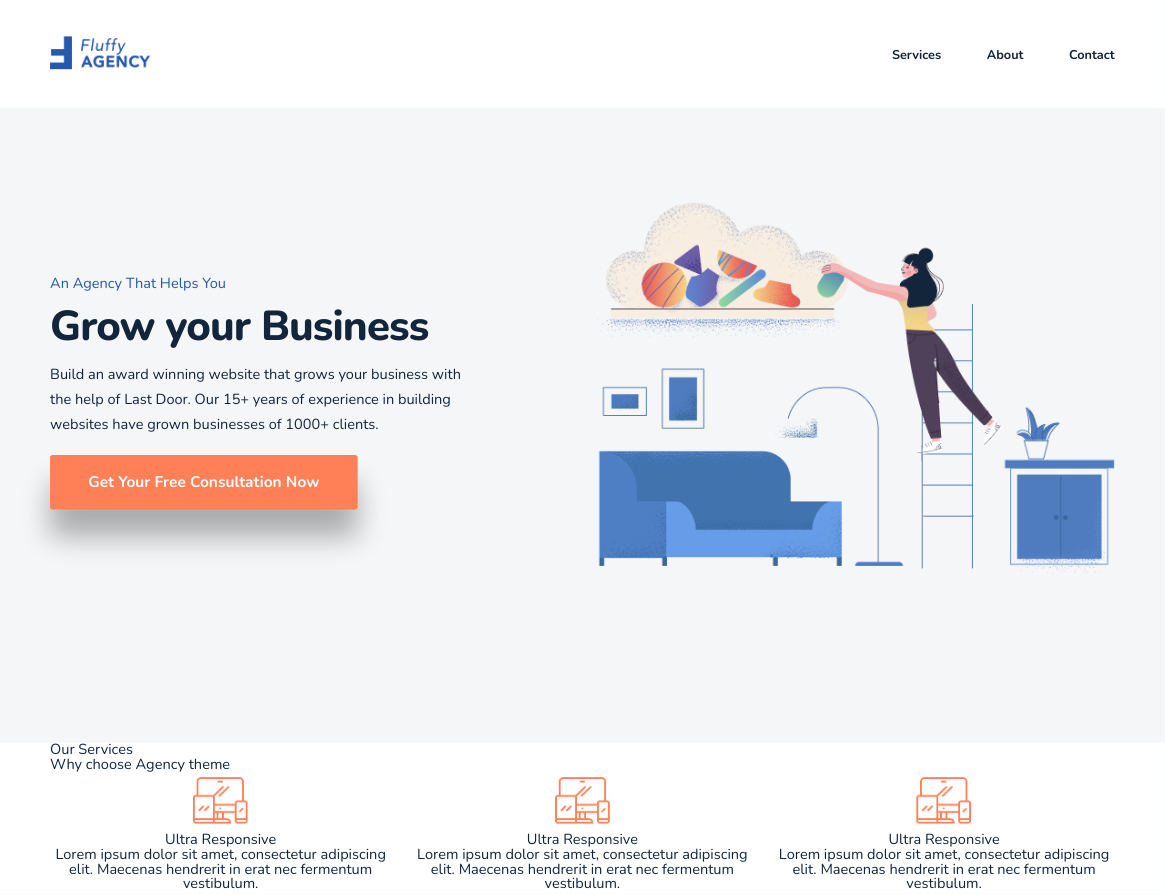
Repository: pixendrit/beetroot-fe-g1
Page: classwork/11 - Creating forms/fluffy-agency/index.html
The author's editor kept a copy of each file at every save. The page is drawn from the files as they stood at one save, then again after the next save.
The browser window is 1280 px wide. The pictures show the whole page, at 91% of full size.

Above is the page before, as saved 2021-02-06 12:16:44.

After the next save:
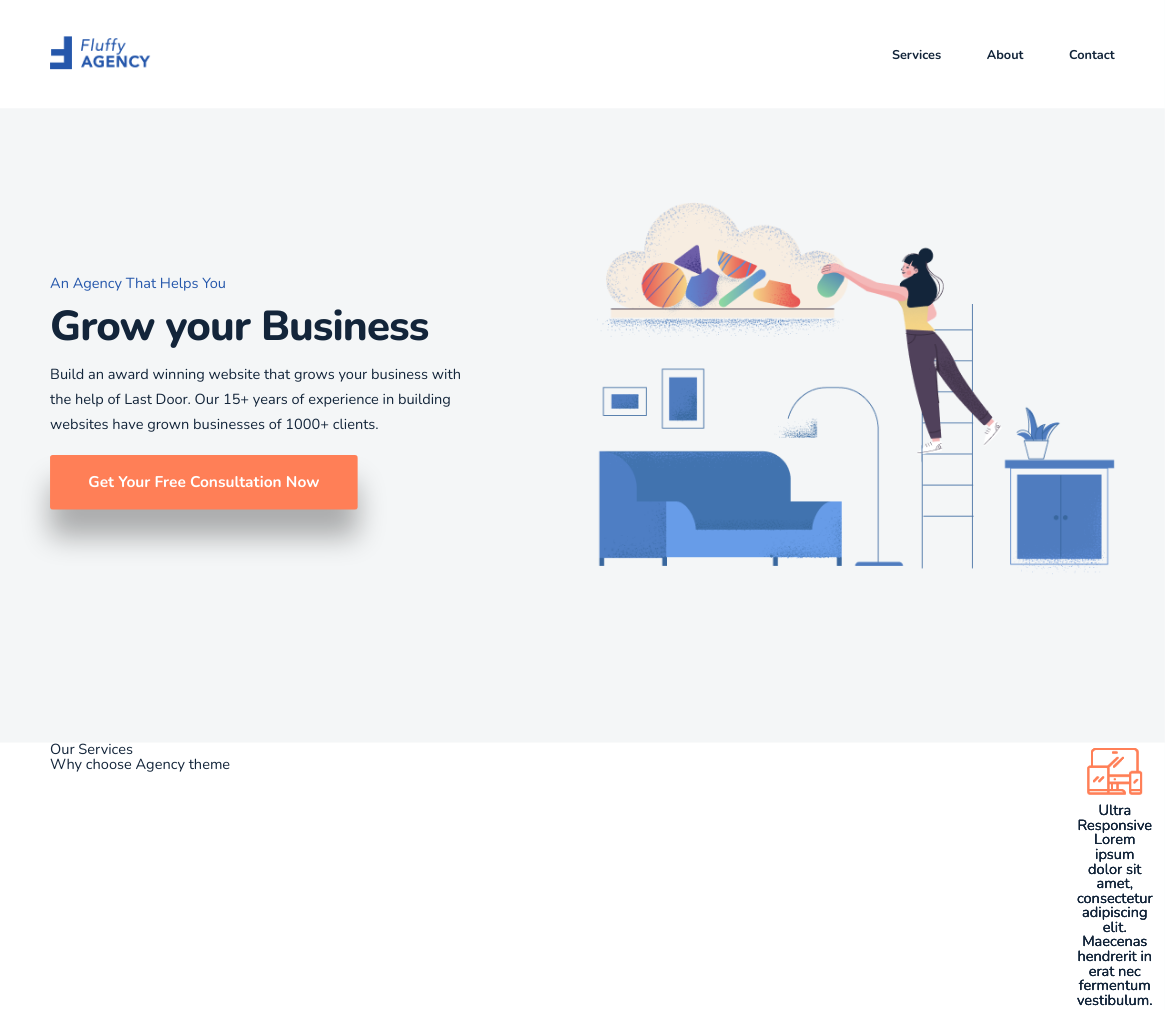
Saved 17 s later.
--- a/classwork/11 - Creating forms/fluffy-agency/styles/style.css
+++ b/classwork/11 - Creating forms/fluffy-agency/styles/style.css
@@ -157,6 +157,10 @@
   display: flex;
   justify-content: space-between;
 }
+.services__headline {
+  float: left;
+  width: 100%;
+}
 .service-box {
   width: calc(33.333333% - 15px);
   display: flex;

After the save that followed:
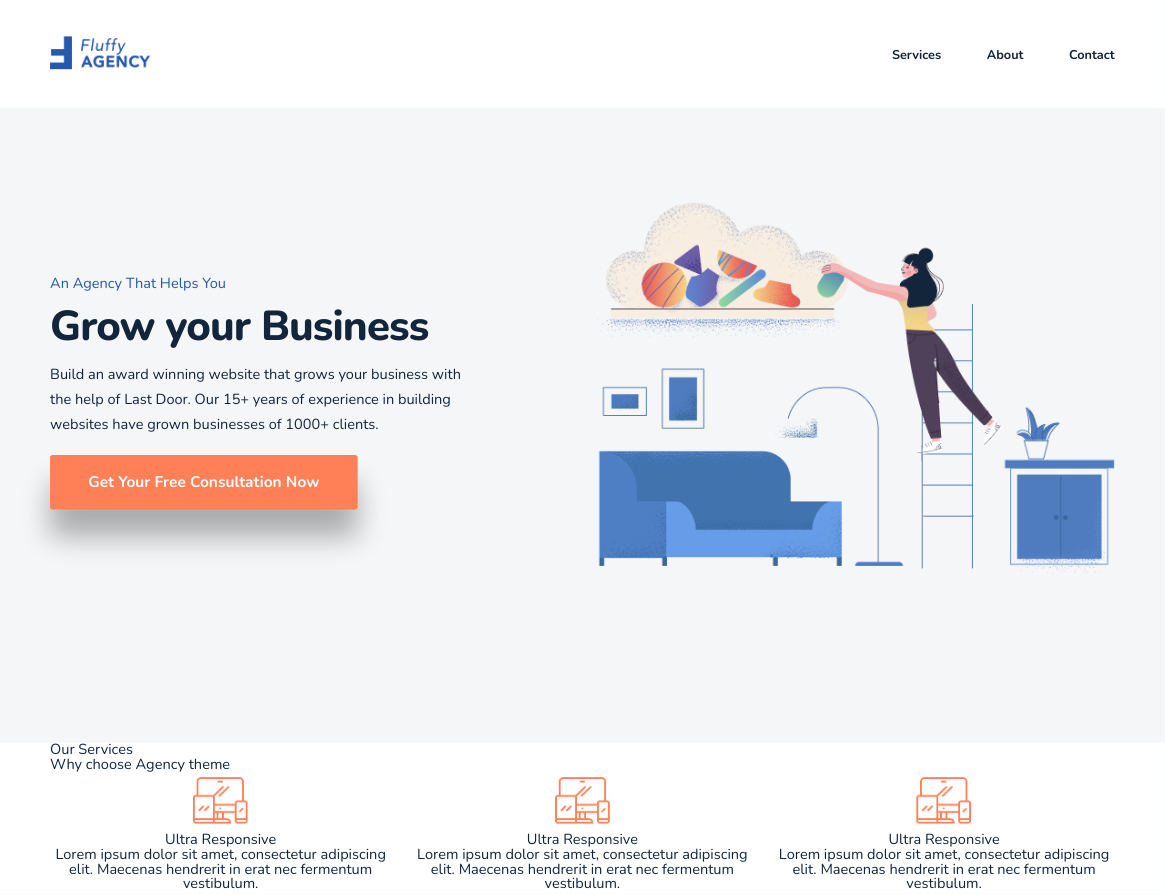
Saved 15 s later.
--- a/classwork/11 - Creating forms/fluffy-agency/styles/style.css
+++ b/classwork/11 - Creating forms/fluffy-agency/styles/style.css
@@ -154,6 +154,7 @@
 /* END HERO BANNER */
 /* SERVICES */
 .services .flex-container {
+  width: 100%;
   display: flex;
   justify-content: space-between;
 }
